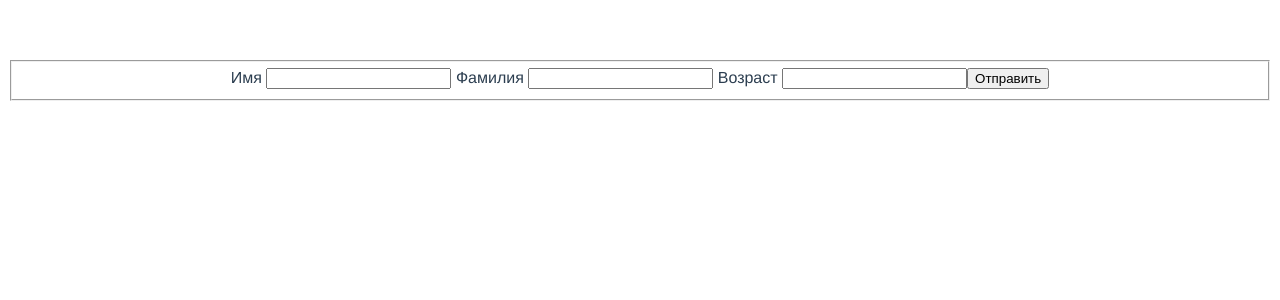
Repository: shum89/test-vue-table
Page: /
An editor plug-in stored every save of this project. The page is shown before and after the next save, followed by the edit.
The browser window is 1280 px wide. The pictures show the whole page.
The project was rebuilt for these pictures with package versions that can differ from the ones it lists, and the page was loaded fresh each time. Also part of the build but not shown: vue.config.js.

Above is the page before, as saved 2021-07-17 14:20:32.

### src/App.vue
<template>
  <form>
    <fieldset>
      <label for="firstName">
        Имя
        <input type="text" id="firstName" />
      </label>

      <label for="lastName">
        Фамилия
        <input type="text" id="lastName" />
      </label>
      <label for="age">
        Возраст
        <input type="number" id="age" />
      </label>
      <button type="submit">Отправить</button>
    </fieldset>
  </form>
</template>

<script>
export default {
  name: 'App',
  components: {},
};
</script>

<style>
#app {
  font-family: Avenir, Helvetica, Arial, sans-serif;
  -webkit-font-smoothing: antialiased;
  -moz-osx-font-smoothing: grayscale;
  text-align: center;
  color: #2c3e50;
  margin-top: 60px;
}
</style>

Loaded but not shown: public/index.html (common file); src/main.js (common file)

After the next save:
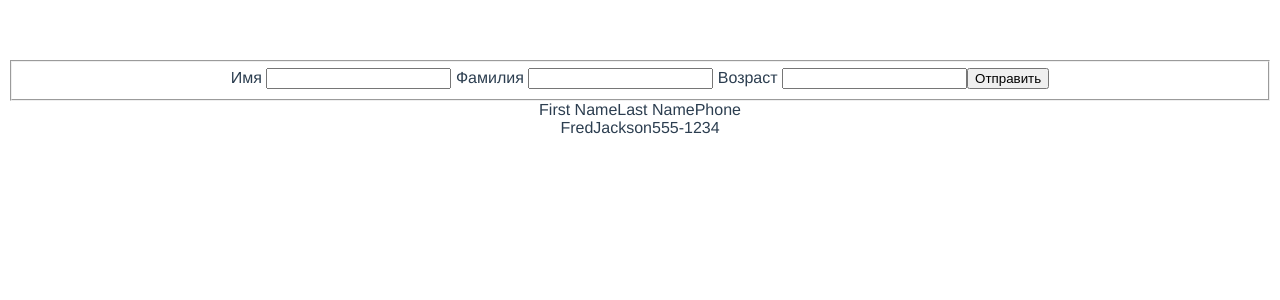
Saved 7 min 32 s later.
--- a/src/App.vue
+++ b/src/App.vue
@@ -17,6 +17,24 @@
       <button type="submit">Отправить</button>
     </fieldset>
   </form>
+  <div role="grid" aria-colcount="3">
+    <div role="rowgroup">
+      <div role="row">
+        <span role="columnheader" aria-colindex="1">First Name</span>
+        <span role="columnheader" aria-colindex="2">Last Name</span>
+        <span role="columnheader" aria-colindex="3">Phone</span>
+      </div>
+      <div role="rowgroup">
+        <div role="row">
+          <span role="gridcell" aria-colindex="1">Fred</span>
+          <span role="gridcell" aria-colindex="2">Jackson</span>
+
+          <span role="gridcell" aria-colindex="3">555-1234</span>
+        </div>
+      </div>
+    </div>
+    <div role="row"></div>
+  </div>
 </template>
 
 <script>
